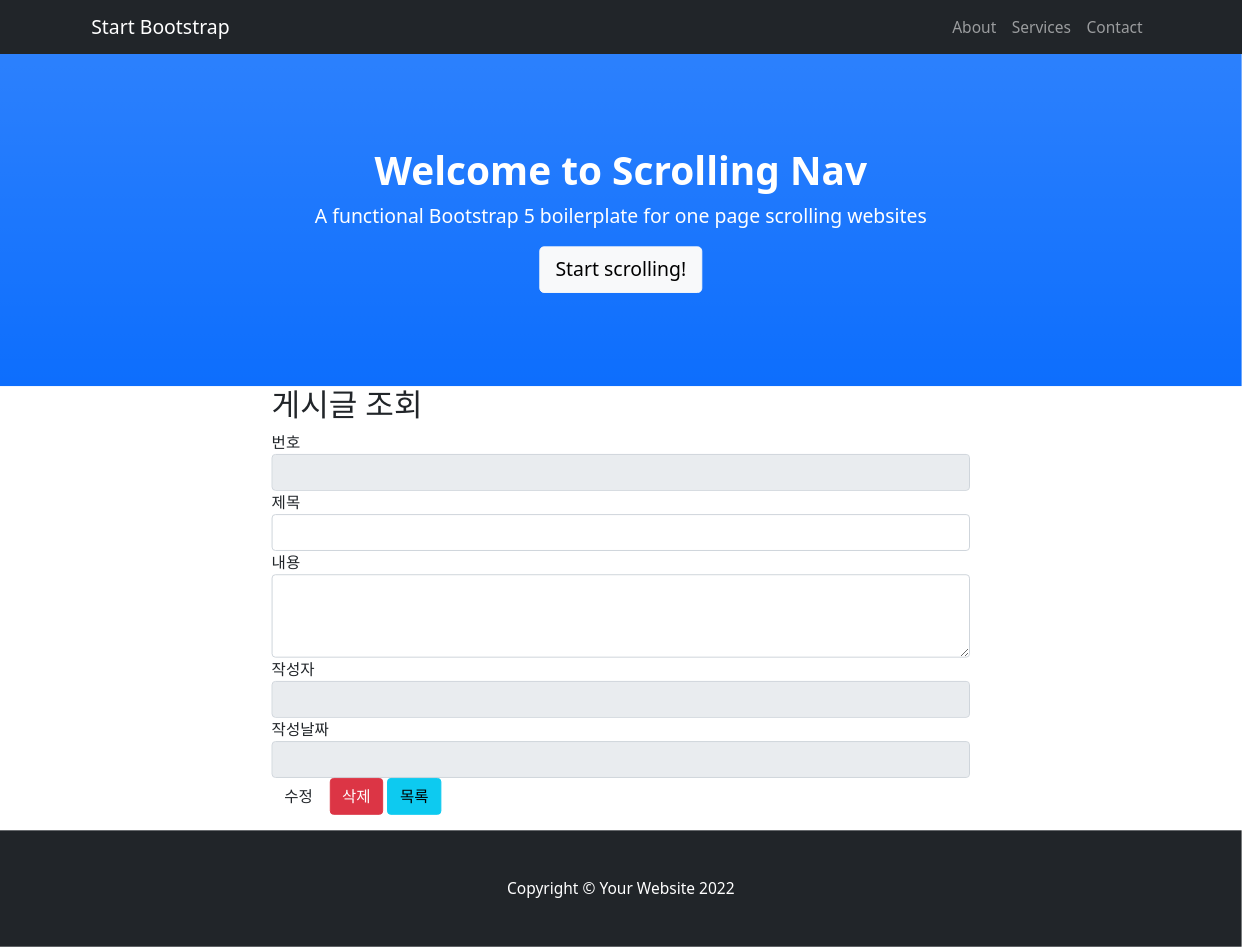
Repository: rlarmsdn2999/SpringWebProject
Page: http://localhost/myboard/WEB-INF/views/board/modify.jsp
The author's editor kept a copy of each file at every save. The page is drawn from the files as they stood at one save, then again after the next save.
The browser window is 1280 px wide. The pictures show the whole page, at 97% of full size.
The page is served by Tomcat 9. Nobody is signed in. The template is opened directly, without the code that normally fills it, so the values that code supplies are empty.

Above is the page before, as saved 2022-12-27 13:03:37.
Console error: TypeError: Cannot read properties of null (reading 'classList')

After the next save:
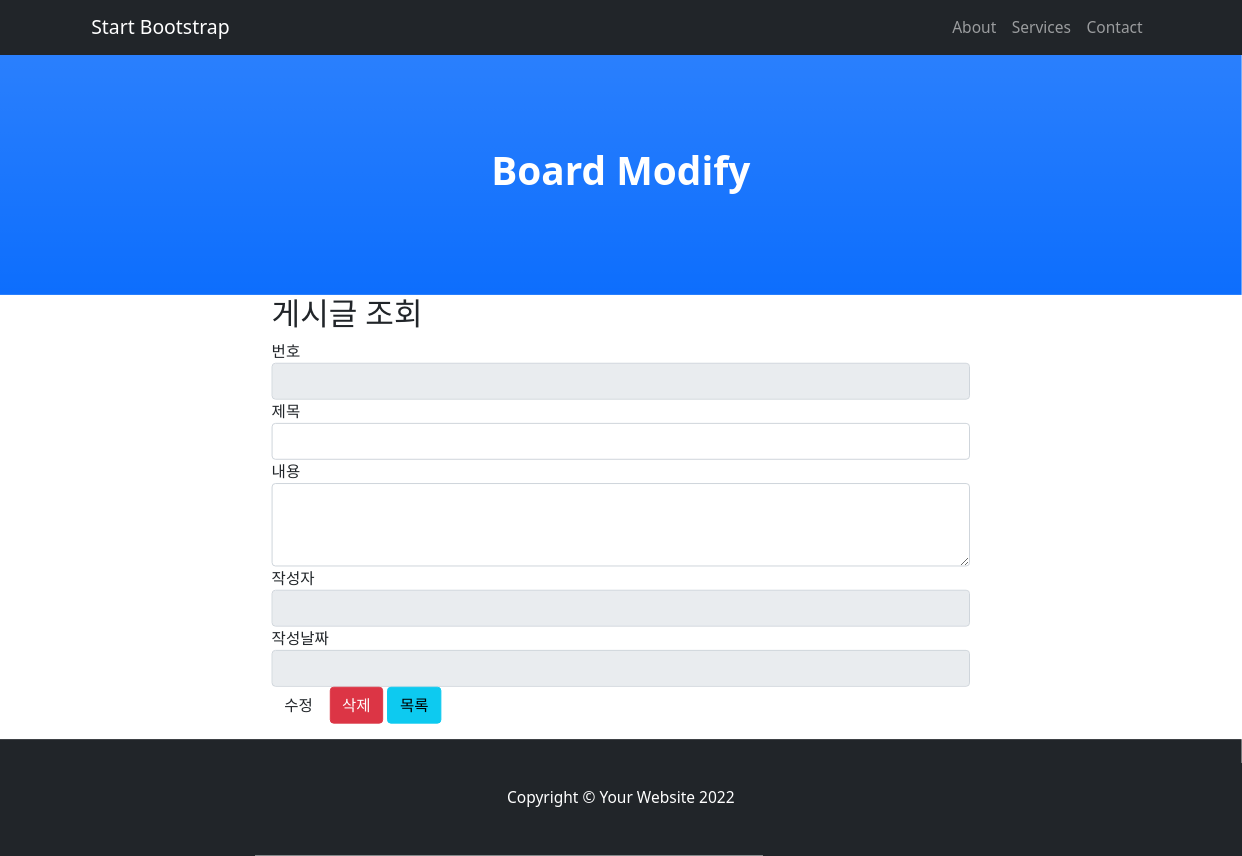
Saved 30 s later.
--- a/myboard/myboard/src/main/webapp/WEB-INF/views/board/modify.jsp
+++ b/myboard/myboard/src/main/webapp/WEB-INF/views/board/modify.jsp
@@ -41,10 +41,7 @@
 	<!-- Header-->
 	<header class="bg-primary bg-gradient text-white">
 		<div class="container px-4 text-center">
-			<h1 class="fw-bolder">Welcome to Scrolling Nav</h1>
-			<p class="lead">A functional Bootstrap 5 boilerplate for one page
-				scrolling websites</p>
-			<a class="btn btn-lg btn-light" href="#about">Start scrolling!</a>
+			<h1 class="fw-bolder">Board Modify</h1>
 		</div>
 	</header>
 	<!-- About section-->
